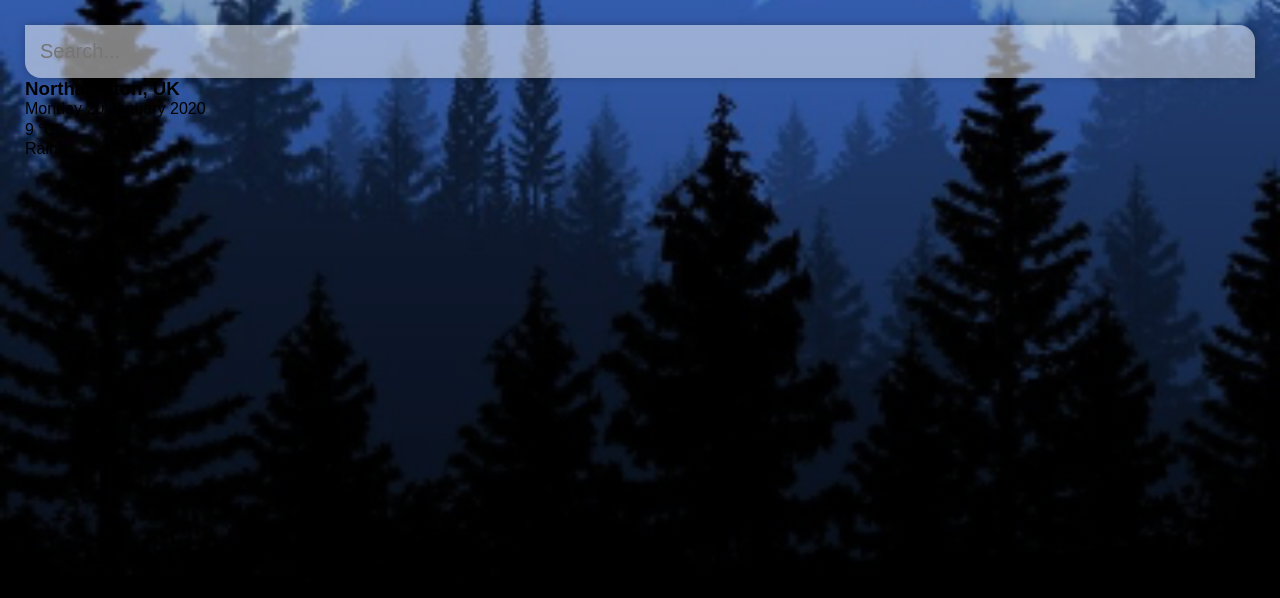
Repository: AbApin/vue-simple-weather-app
Page: /
These files come from the project's save history. The page is drawn as it stood at one moment and after a run of saves; the edit follows.
The browser window is 1280 px wide. The pictures show the whole page.
The project was rebuilt for these pictures with package versions that can differ from the ones it lists, and the page was loaded fresh each time. Also part of the build but not shown: vue.config.js.

Above is the page before, as saved 2022-11-24 12:13:03.

After the next 13 saves:
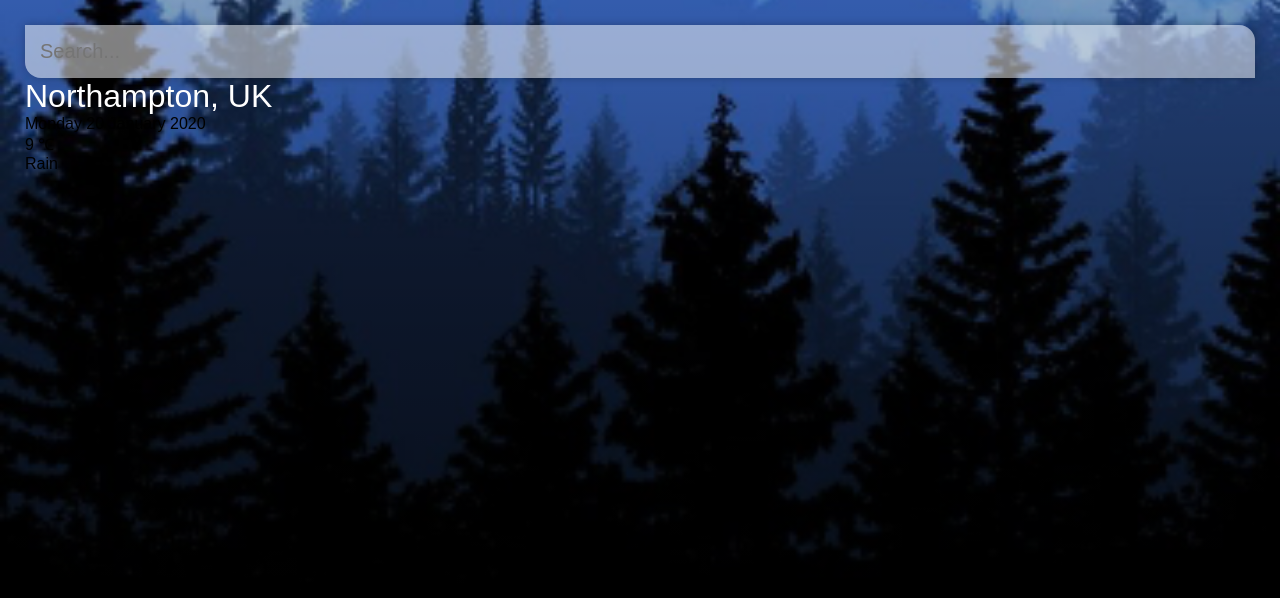
The 13 saves are shown as one change because they came seconds apart.
The last was saved 30 s later.
--- a/src/App.vue
+++ b/src/App.vue
@@ -66,5 +66,9 @@ main {
   border-radius: 16px 0 16px 0;
 }
 
-.location
+.location-box .location{
+  color: #fff;
+  font-size: 32px;
+  font-weight: normal;
+}
 </style>
